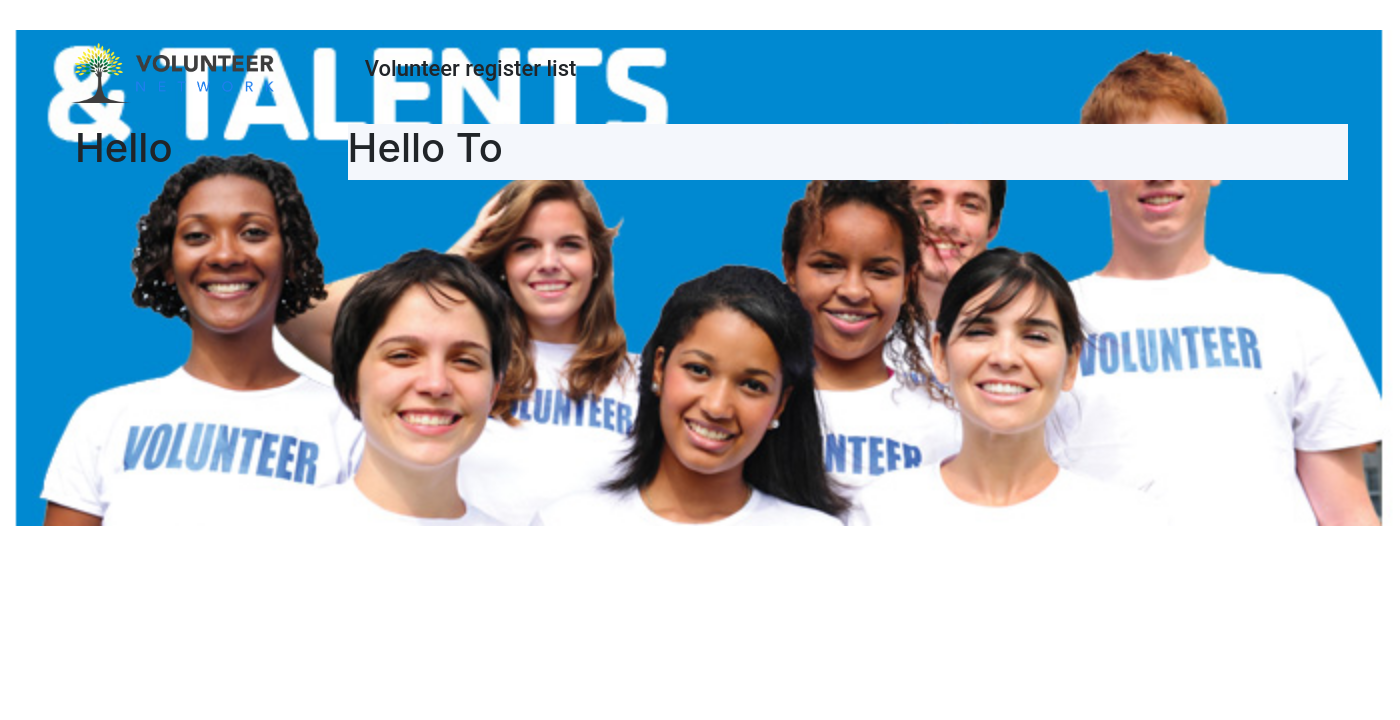
Repository: MdTahsinAmin/volunteer-network-client
Page: /adminPanel
An editor plug-in stored every save of this project. The page is shown before and after the next save, followed by the edit.
The browser window is 1280 px wide. The page is 1400 px wide, so the pictures cover 1400 px, including what lies to the right of the window. The pictures show the whole page.
The project was rebuilt for these pictures with package versions that can differ from the ones it lists, and the page was loaded fresh each time.

Above is the page before, as saved 2020-10-04 23:14:24.

After the next save:
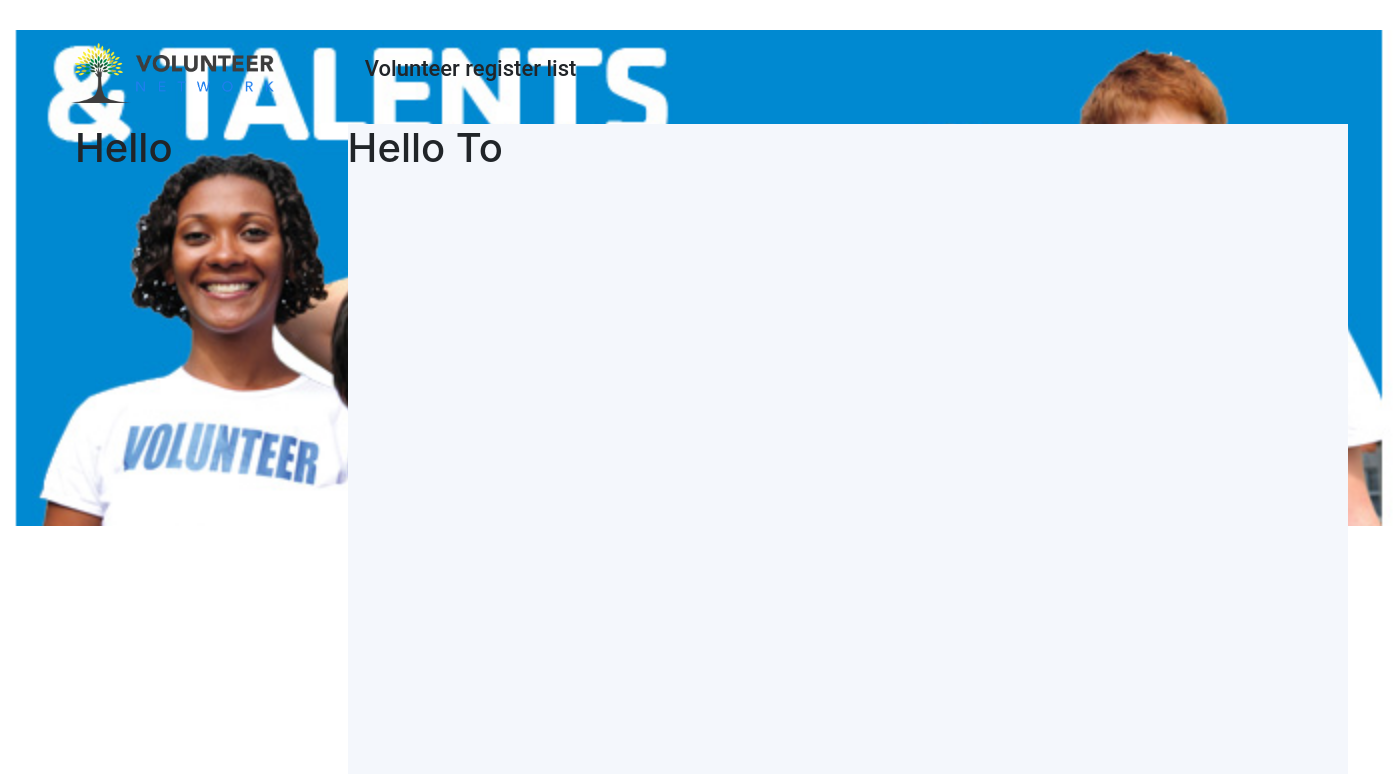
Saved 9 s later.
--- a/src/components/AdminPanel/AdminPanel.css
+++ b/src/components/AdminPanel/AdminPanel.css
@@ -27,5 +27,6 @@
     margin-top:8px;
     margin-left:175px;
     width: 1000px;
+    height: 650px;
     background: #F4F7FC;
 }
